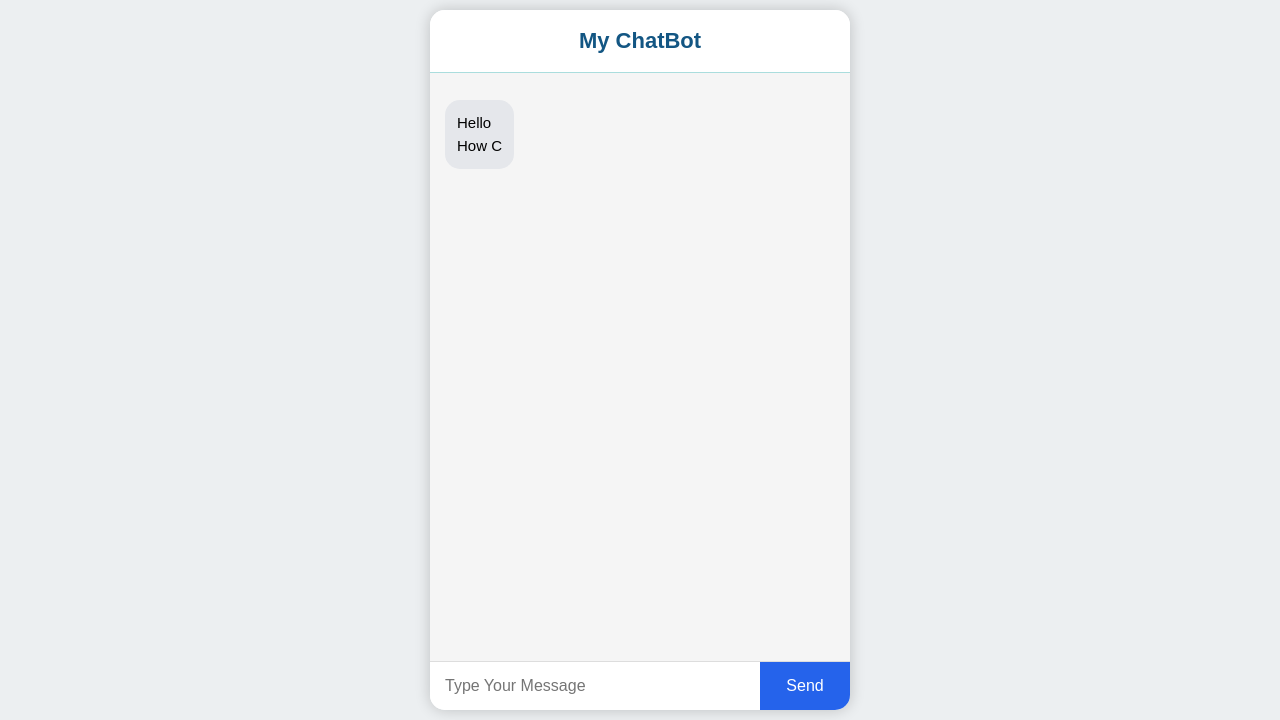
Repository: nt269782-web/Offline-ChatBot
Page: front.html
An editor plug-in stored every save of this project. The page is shown before and after a run of saves, followed by the edit.
The browser window is 1280 px wide. The pictures show the whole page.

Above is the page before, as saved 2026-07-11 11:36:28.

### front.html
<!DOCTYPE html>
<html lang="en">
<head>
    <meta charset="UTF-8">
    <meta name="viewport" content="width=device-width, initial-scale=1.0">
    <title>Document</title>
    <style>
        *{
            margin:0;
            padding:0;
        box-sizing:border-box;
        font-family:Arial,sans-serif;
        }

        body{
            background: #eceff1;
            display: flex;
            justify-content: center;
            align-items: center;
            height: 100vh;
        }
        .chat-container {
            width: 420px;
            height: 700px;
            overflow: hidden;
            display: flex;
            flex-direction: column;
            background:#fff;
            border-radius:15px;
            box-shadow:0 0 15px rgba(0,0,0,.2);


        }
        .header{
            background-color: rgb(255, 255, 255);
            color: #135683;
            text-align: center;
            font-size: 22px;
            font-weight: bold;
            padding: 18px;
            border-bottom: 1px solid #add;

        }


        .chat-box{
            flex: 1;
            overflow: auto;
            padding: 15px;
            background: #f5f5f5;



        }
        .message{
            display: flex;
            margin: 12px 0;

        }
        .bot{
            justify-content: flex-start;
        }

        .user{
            justify-content: flex-end;
        }



        .bubble{
            max-width: 75%;
            padding: 12px;
            border-radius: 15px;
            font-size: 15px;
            line-height: 1.5;
        }

        .bot .bubble{
            background:#e5e7eb;
            color:#000;
        }

        .user .bubble{
            background:#2563eb;
            color:#fff;
        }

        .input-area{
            display:flex;
            border-top:1px solid #ddd;
        }
        input{
            flex: 1;
            border: none;
            padding: 15px;
            outline: none;
            font-size: 16px;
        }

        button{
        width:90px;
        border:none;
        background:#2563eb;
        color:white;
        font-size:16px;
        cursor:pointer;
    }

        button:hover{
            background:#1d4ed8;
        }


    </style>
</head>

<body>
    <div class="chat-container">
        <div class="header">
            My ChatBot
        </div>

        <div class="chat-box" id="chatBox">
            <div class="message bot">
                <div class="bubble">
                    Hello <br>
                    How C

                </div>
            </div>
        </div>

    <div class="input-area">
        <input type="text" id="userInput" placeholder="Type Your Message">
        <button onclick="sendMessage()">Send</button>
    </div>




    <script src="Java.js"></script>
</div>
</body>
</html>

### Java.js
const chatBox = document.getElementById("chatBox");

function sendMessage() {

    let input = document.getElementById("userInput");
    let text = input.value.trim();

    if (text === "") return;

    // User Message
    chatBox.innerHTML += `
        <div class="message user">
            <div class="bubble">${text}</div>
        </div>
    `;

    input.value = "";
    chatBox.scrollTop = chatBox.scrollHeight;

    // Backend Request
    fetch("http://localhost:8080/chat", {
        method: "POST",
        headers: {
            "Content-Type": "application/json"
        },
        body: JSON.stringify({
            message: text
        })
    })
    .then(response => response.json())
    .then(data => {

        chatBox.innerHTML += `
            <div class="message bot">
                <div class="bubble">
                    ${data.reply}
                </div>
            </div>
        `;

        chatBox.scrollTop = chatBox.scrollHeight;

    })
    .catch(error => {

        chatBox.innerHTML += `
            <div class="message bot">
                <div class="bubble">
                    Yes,
                    How Can I Help You ?
                </div>

            </div>
        `;

        console.error(error);

    });

}

document.getElementById("userInput").addEventListener("keypress", function (e) {
    if (e.key === "Enter") {
        sendMessage();
    }
});

After the next 6 saves:
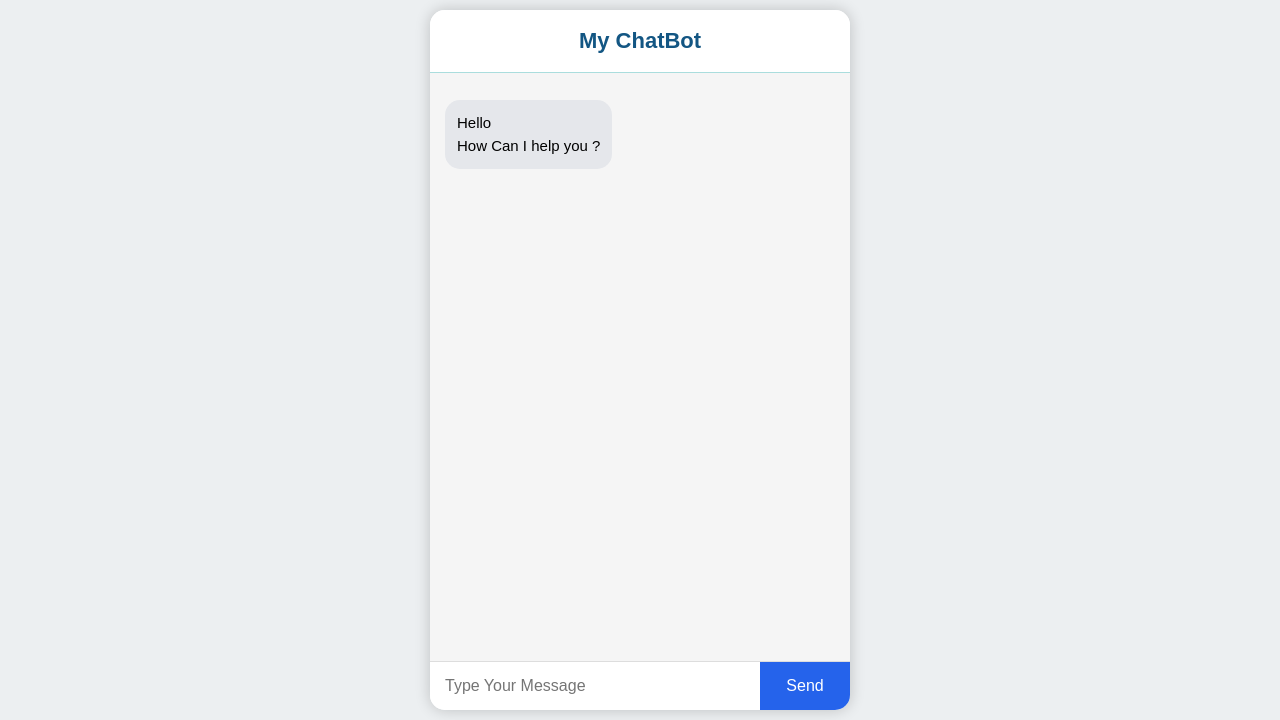
The 6 saves are shown as one change because they came seconds apart.
The last was saved 16 s later.
--- a/front.html
+++ b/front.html
@@ -124,7 +124,7 @@
             <div class="message bot">
                 <div class="bubble">
                     Hello <br>
-                    How C
+                    How Can I help you ?
 
                 </div>
             </div>
